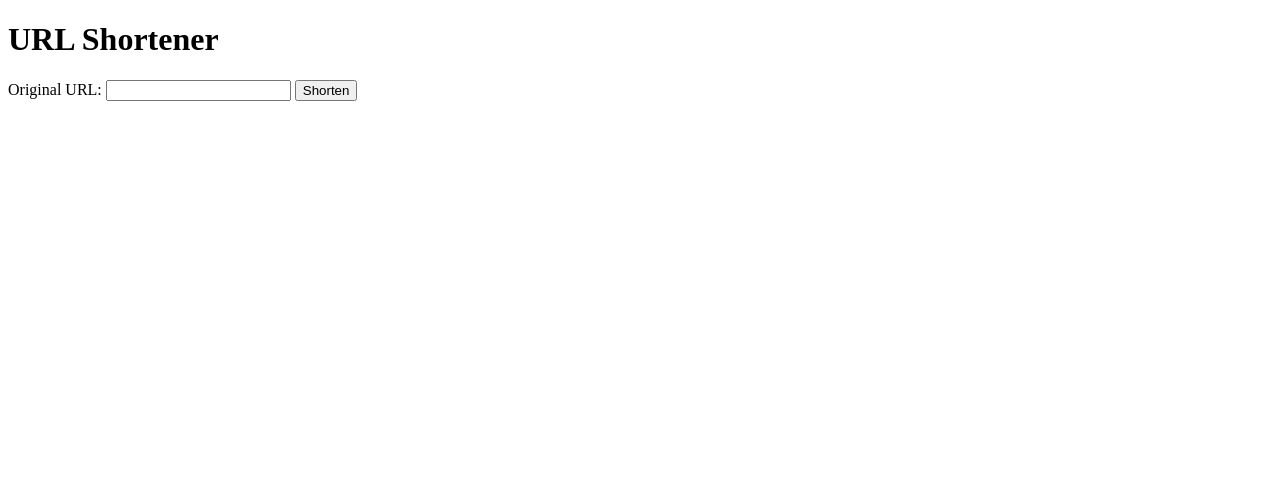
Repository: sodmaq/UrlShortener
Page: test.html
The author's editor kept a copy of each file at every save. The page is drawn from the files as they stood at one save, then again after the next save.
The browser window is 1280 px wide. The pictures show the whole page.
The page's requests for data from a server got no answer.

Above is the page before, as saved 2024-01-14 07:39:38.

### test.html
<!DOCTYPE html>
<html lang="en">
<head>
    <meta charset="UTF-8">
    <meta name="viewport" content="width=device-width, initial-scale=1.0">
    <title>URL Shortener</title>
</head>
<body>
    <h1>URL Shortener</h1>

    <!-- Shorten URL Form -->
    <form id="shortenForm">
        <label for="origUrl">Original URL:</label>
        <input type="text" id="origUrl" required>
        <button type="submit">Shorten</button>
    </form>

    <!-- Display All URLs -->
    <div id="urlList"></div>

    <script>
        // Fetch data from backend and display saved URLs
        async function fetchAndDisplayUrls() {
            const response = await fetch('http://localhost:3000/all');
            const data = await response.json();

            const urlList = document.getElementById('urlList');
            urlList.innerHTML = '<h2>Saved URLs:</h2>';

            data.data.forEach(url => {
                urlList.innerHTML += `<p>${url.origUrl} - Short URL: <a href="${url.shortUrl}" target="_blank">${url.shortUrl}</a></p>`;
            });
        }

        // Shorten URL form submission
        document.getElementById('shortenForm').addEventListener('submit', async function (event) {
            event.preventDefault();

            const origUrl = document.getElementById('origUrl').value;

            const response = await fetch('http://localhost:3000/short', {
                method: 'POST',
                headers: {
                    'Content-Type': 'application/json',
                },
                body: JSON.stringify({ origUrl }),
            });

            const data = await response.json();

            // Display the shortened URL
            alert(`Shortened URL: ${data.data.shortUrl}`);

            // Fetch and display all URLs after shortening
            fetchAndDisplayUrls();
        });

        // Fetch and display URLs on page load
        fetchAndDisplayUrls();
    </script>
</body>
</html>

After the next save:
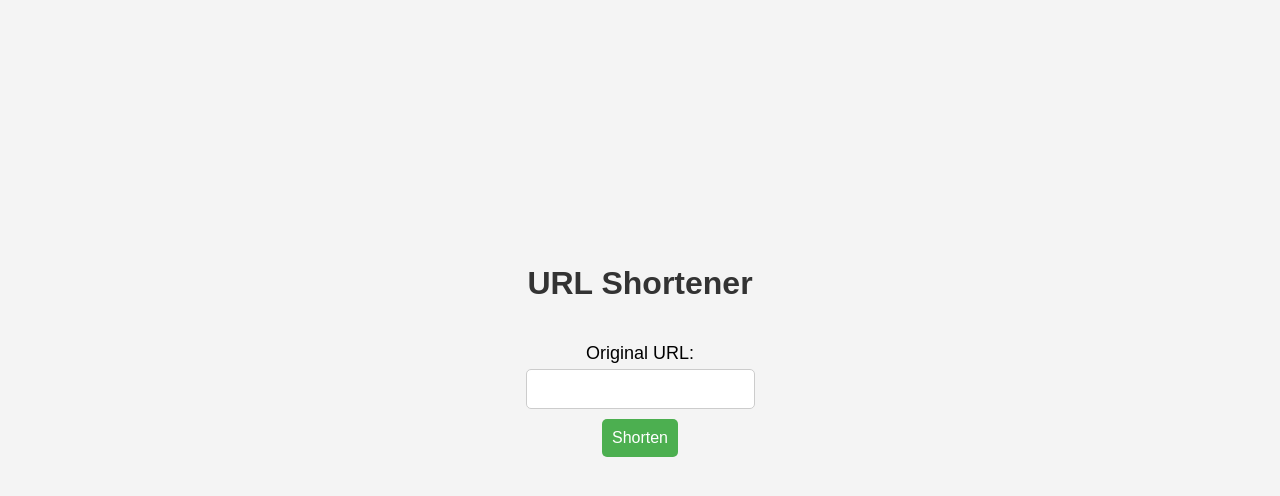
Saved 2 h 21 min later.
--- a/test.html
+++ b/test.html
@@ -4,6 +4,80 @@
     <meta charset="UTF-8">
     <meta name="viewport" content="width=device-width, initial-scale=1.0">
     <title>URL Shortener</title>
+    <style>
+        body {
+            font-family: 'Arial', sans-serif;
+            background-color: #f4f4f4;
+            margin: 0;
+            padding: 0;
+            display: flex;
+            flex-direction: column;
+            align-items: center;
+            justify-content: center;
+            height: 100vh;
+        }
+
+        h1 {
+            color: #333;
+        }
+
+        form {
+            display: flex;
+            flex-direction: column;
+            align-items: center;
+            margin-top: 20px;
+        }
+
+        label {
+            font-size: 18px;
+            margin-bottom: 5px;
+        }
+
+        input {
+            padding: 10px;
+            font-size: 16px;
+            border: 1px solid #ccc;
+            border-radius: 5px;
+            margin-bottom: 10px;
+            width: 100%;
+            box-sizing: border-box;
+        }
+
+        button {
+            padding: 10px;
+            font-size: 16px;
+            background-color: #4caf50;
+            color: white;
+            border: none;
+            border-radius: 5px;
+            cursor: pointer;
+        }
+
+        button:hover {
+            background-color: #45a049;
+        }
+
+        #urlList {
+            margin-top: 20px;
+            max-width: 600px;
+            width: 100%;
+        }
+
+        p {
+            font-size: 16px;
+            margin-bottom: 10px;
+        }
+
+        a {
+            color: #3498db;
+            text-decoration: none;
+            font-weight: bold;
+        }
+
+        a:hover {
+            text-decoration: underline;
+        }
+    </style>
 </head>
 <body>
     <h1>URL Shortener</h1>
